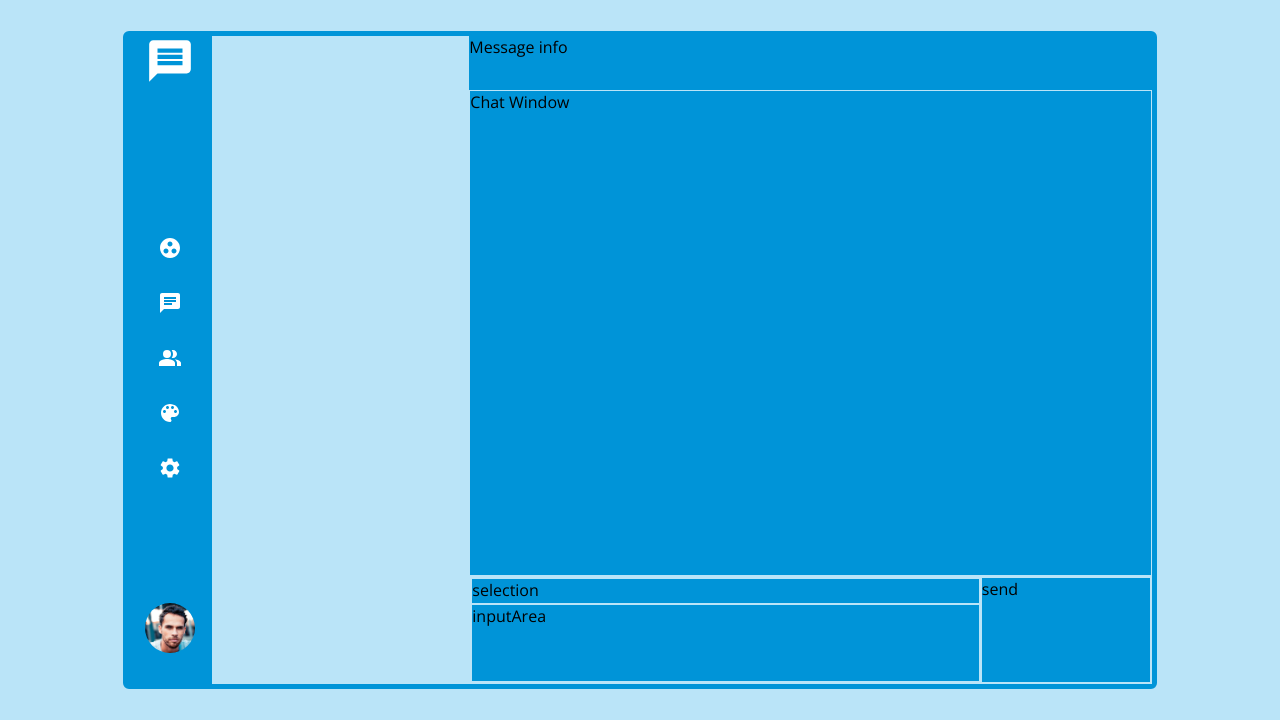
Repository: arafat877/super-chat
Page: /
These files come from the project's save history. The page is drawn as it stood at one moment and after the next save; the edit follows.
The browser window is 1280 px wide. The pictures show the whole page.
The project was rebuilt for these pictures with package versions that can differ from the ones it lists, and the page was loaded fresh each time.

Above is the page before, as saved 2020-08-05 00:20:42.

After the next save:
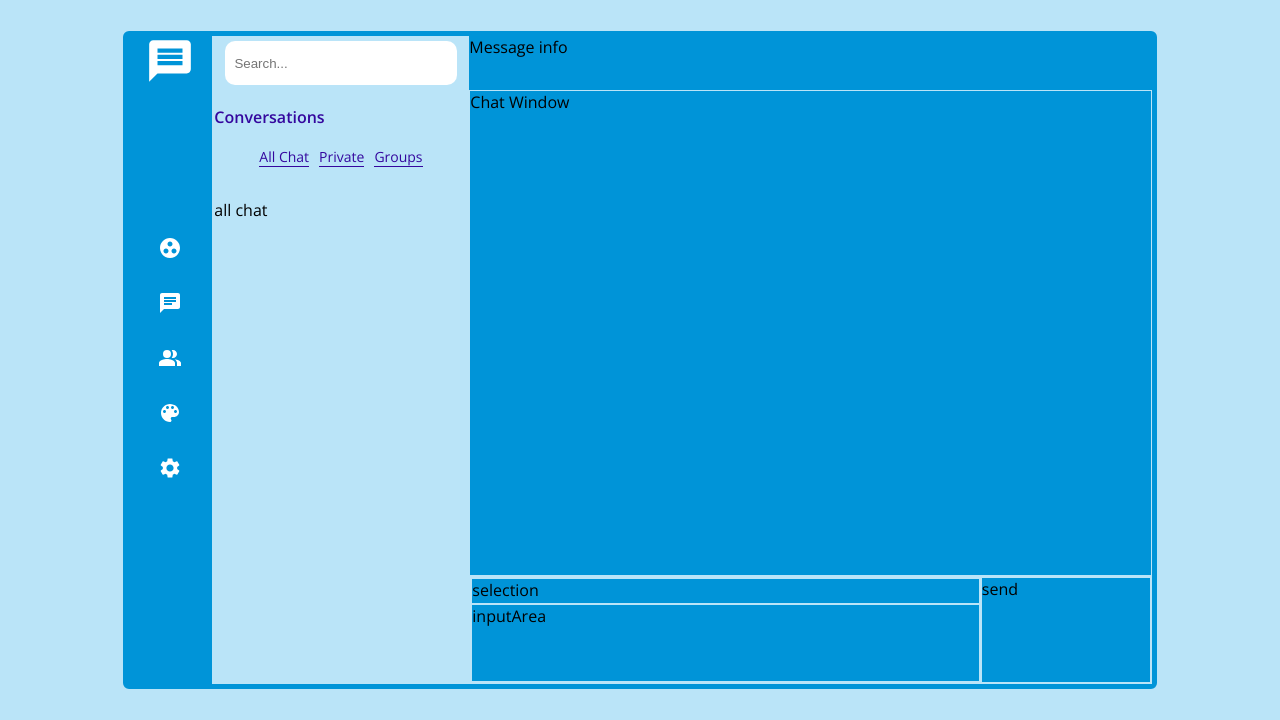
Saved 18 s later.
--- a/src/App.js
+++ b/src/App.js
@@ -37,16 +37,16 @@ function App() {
               </li>
             </ul>
           </div>
-          <div className="mcPhoto">
+          {/* <div className="mcPhoto">
             <img
               className="profilePicture"
               src={require("./assets/m1.jpeg")}
               alt="Profile"
             />
-          </div>
+          </div> */}
         </div>
         <div className="conversationsColumn">
-          {/* <div className="ccSearch">
+          <div className="ccSearch">
             <input className="searchInput" placeholder="  Search..."/>
           </div>
           <div className="ccTitle">
@@ -59,7 +59,7 @@ function App() {
               <li className="ccSelectionListItem">Groups</li>
             </ul>
           </div>
-          <div className="ccAllChat">all chat</div> */}
+          <div className="ccAllChat">all chat</div>
           {/* <div className="ccPrivate">private</div>
           <div className="ccGroups">groups</div> */}
         </div>
